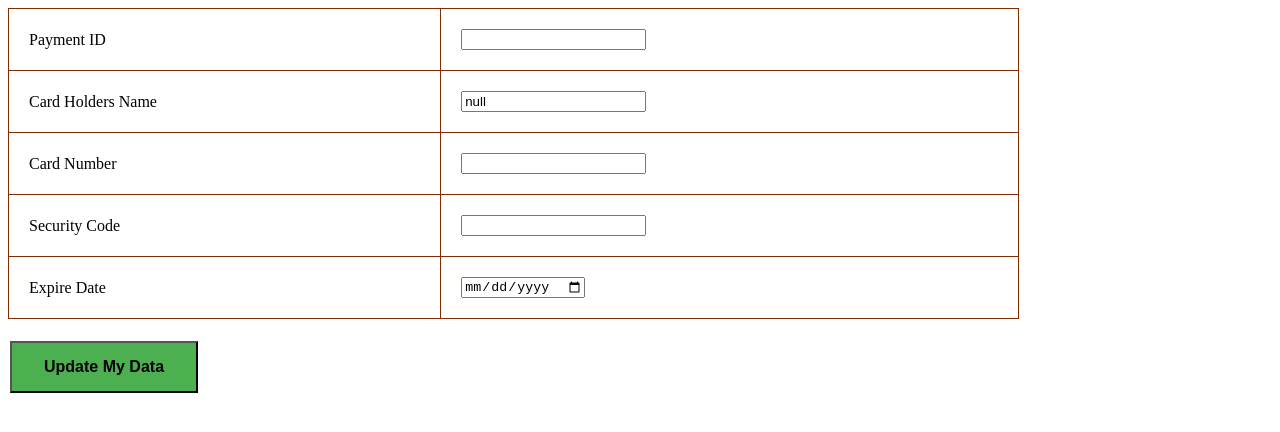
Repository: sandeepa9803/OOP---Online-Travel-web-application
Page: http://localhost/PaymentNew/updatepayment.jsp
The author's editor kept a copy of each file at every save. The page is drawn from the files as they stood at one save, then again after the next save.
The browser window is 1280 px wide. The pictures show the whole page.
The page is served by Tomcat 9. Other server files are loaded and not shown.

Above is the page before, as saved 2021-10-11 12:18:38.

### PaymentNew/WebContent/updatepayment.jsp
<%@ page language="java" contentType="text/html; charset=ISO-8859-1"
    pageEncoding="ISO-8859-1"%>
<!DOCTYPE html>
<html>
<head>

    <style>

table, td, th {
  border: 1px solid #802b00;
  text-align: left;
}

table {
  border-collapse: collapse;
  width: 80%;
}

th, td {
  padding: 20px;
}


.button {
  background-color: #4CAF50;
  border: 1;
  color: black;
  padding: 15px 32px;
  text-align: center;
  text-decoration: none;
   font-weight: bold;
  display: inline-block;
  font-size: 16px;
  margin: 4px 2px;
  cursor: pointer;
}



</style>



<meta charset="ISO-8859-1">
<title>Insert title here</title>
</head>
<body>

   <%
      String PaymentID=request.getParameter("PaymentID");
      String CardHoldersName=request.getParameter("CardHoldersName");
      String CardNumber=request.getParameter("CardNumber");
      String SecurityCode = request.getParameter("SecurityCode");
      String ExpireDate=request.getParameter("ExpireDate");
   %>

    <form action="update" method ="post" >
    <table>
     <tr>
     <td>  Payment ID </td>
     <td> <input type ="number" name="paymentid" value="<%=PaymentID%>" readonly></td>
     </tr>

     <tr>
     <td> Card Holders Name </td>
     <td><input type ="text" name="cardholder" value="<%=CardHoldersName%>"></td>
     </tr>

     <tr>
     <td> Card Number </td>
     <td> <input type ="number" name="cardnum" value="<%=CardNumber%>"></td>
     </tr>

     <tr>
     <td> Security Code </td>
     <td><input type ="number" name="cvcnum" value="<%=SecurityCode%>"> </td>
     </tr>

    <tr>
    <td> Expire Date </td>
    <td><input type ="date" name="date" value="<%=ExpireDate%>"> </td>
    </tr>
    </table>
    <br>

    <input type ="submit" name="submit" value="Update My Data" class ="button" >
    </form>

</body>
</html>

After the next save:
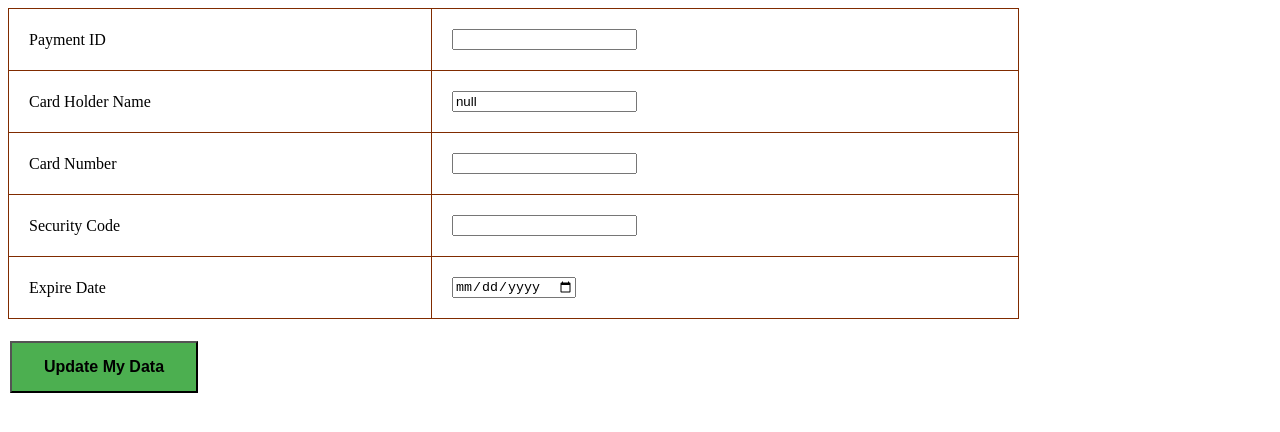
Saved 13 s later.
--- a/PaymentNew/WebContent/updatepayment.jsp
+++ b/PaymentNew/WebContent/updatepayment.jsp
@@ -62,7 +62,7 @@ th, td {
      </tr>
 
      <tr>
-     <td> Card Holders Name </td>
+     <td> Card Holder Name </td>
      <td><input type ="text" name="cardholder" value="<%=CardHoldersName%>"></td>
      </tr>
 
